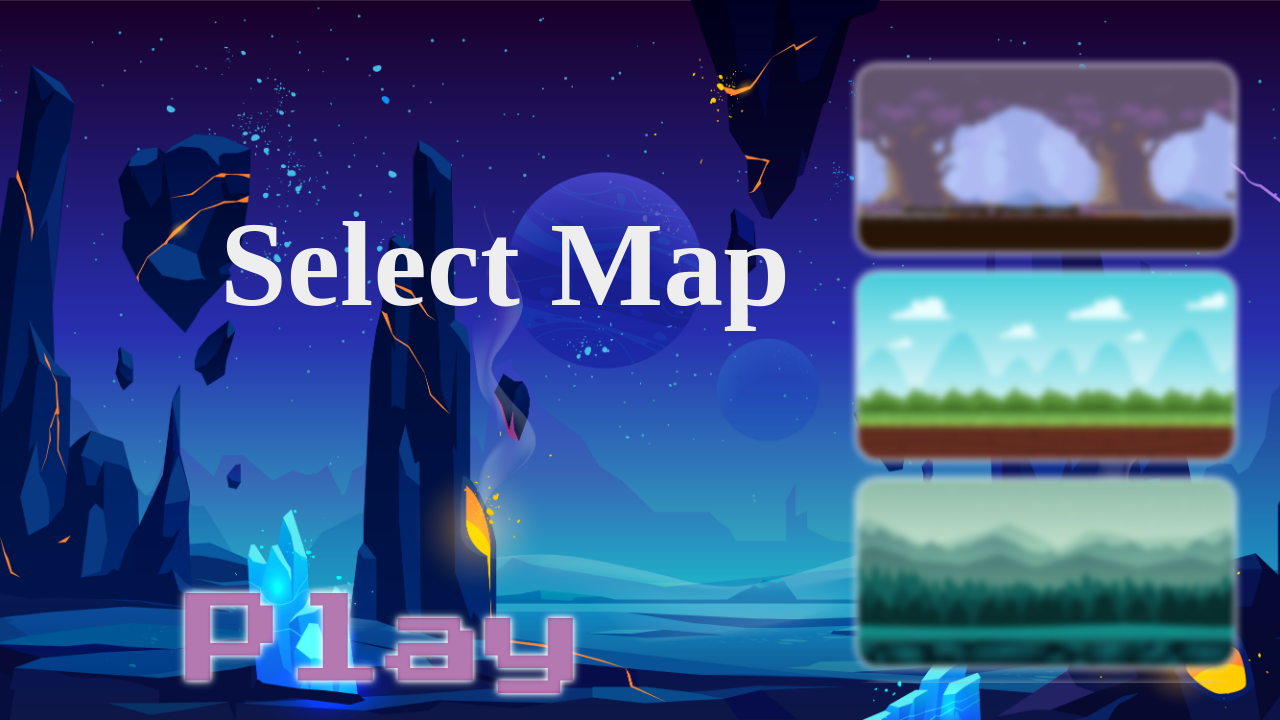
Repository: Gaurav31052/Fighting-game
Page: home.html
These files come from the project's save history. The page is drawn as it stood at one moment and after a run of saves; the edit follows.
The browser window is 1280 px wide. The pictures show the whole page.
An inner scrolling area shows only its first screen.

Above is the page before, as saved 2024-06-06 23:25:42.

After the next 2 saves:
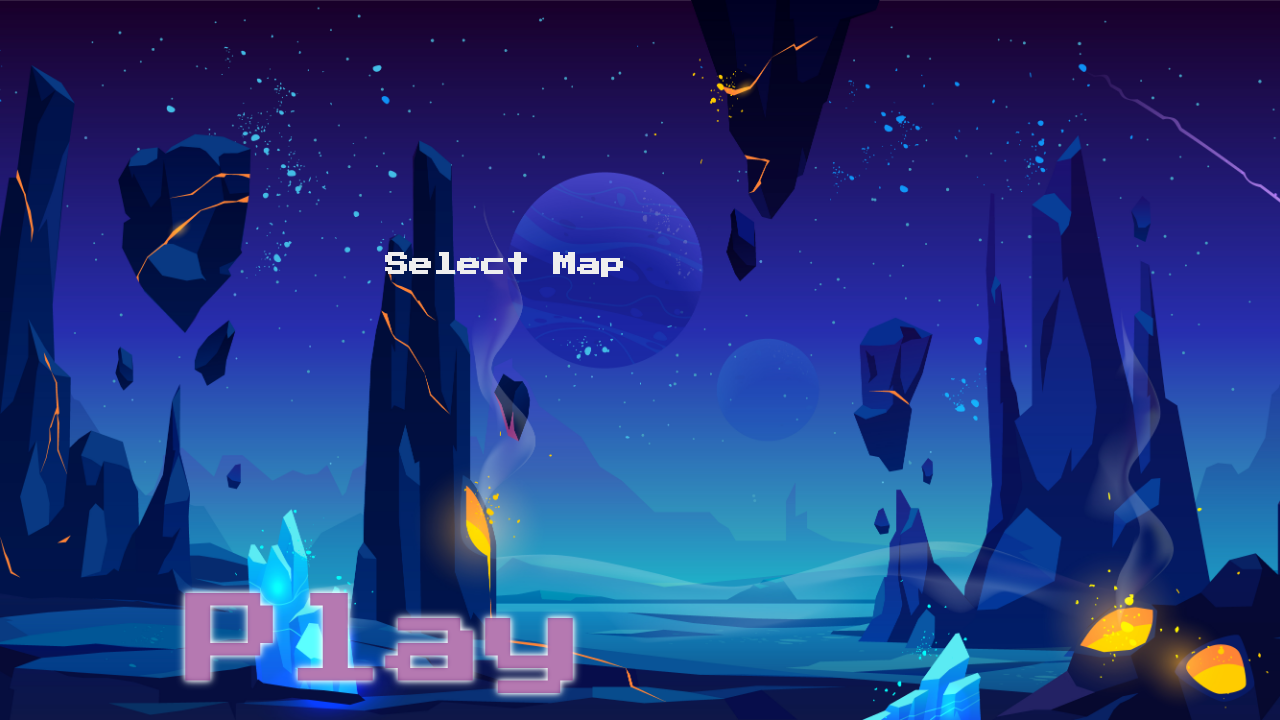
The 2 saves are shown as one change because they came seconds apart.
The last was saved 70 s later.
--- a/style.css
+++ b/style.css
@@ -60,7 +60,7 @@ a {
     display: flex;
     justify-content: space-around;
     align-items: center;
-}
+    font-family: "Press Start 2P", system-ui;
 .MapName>h1{
     font-size: 120px;
 }
